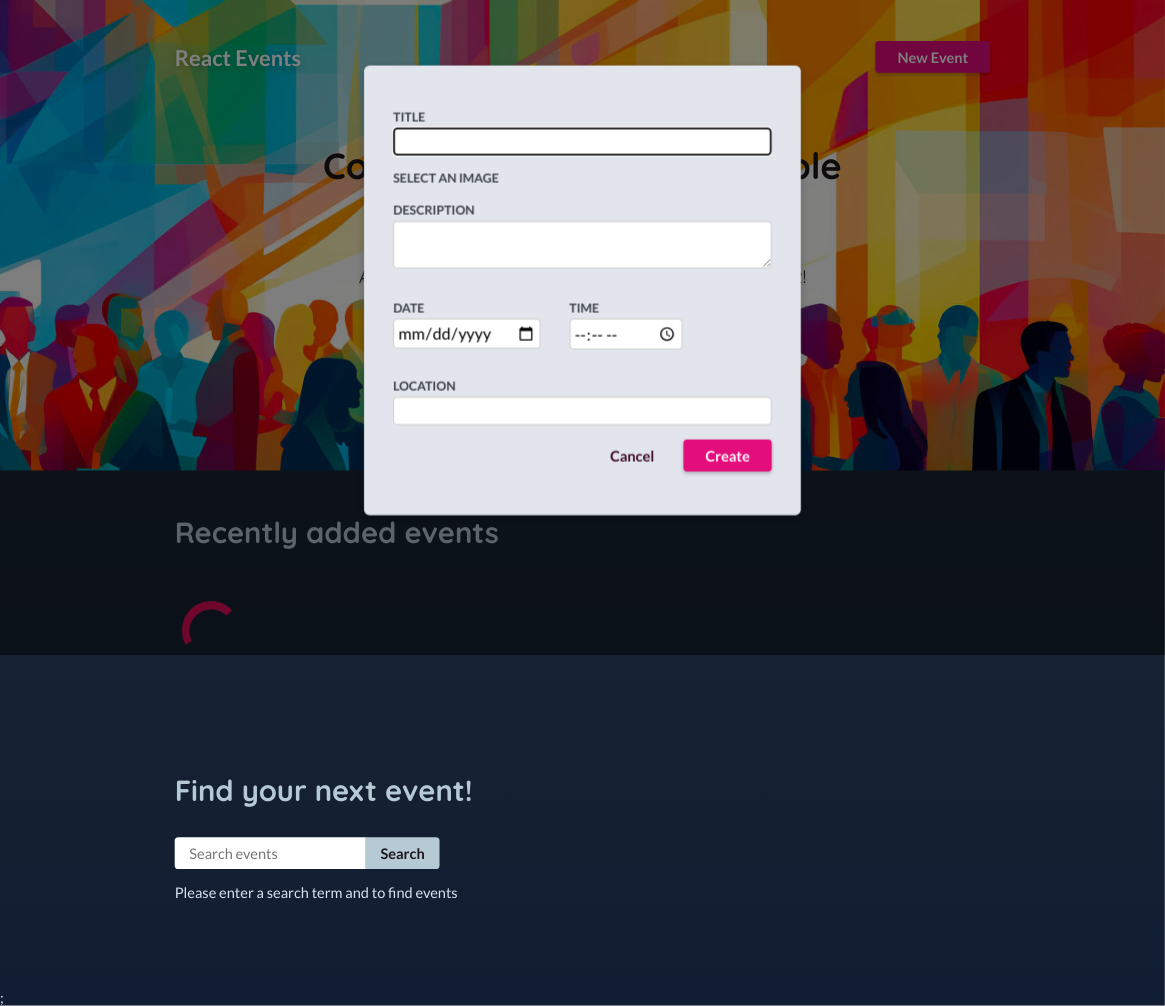
Repository: zhengbinxue/React-Query-Project
Page: /events/new
The author's editor kept a copy of each file at every save. The page is drawn from the files as they stood at one save, then again after the next save.
The browser window is 1280 px wide. The pictures show the whole page, at 91% of full size.
The page's requests for data from a server got no answer. The project was rebuilt for these pictures with package versions that can differ from the ones it lists, and the page was loaded fresh each time. No one was signed in, and anything a server would have sent is missing. Also part of the build but not shown: vite.config.js, src/components/UI/ErrorBlock.jsx, src/components/Events/EventItem.jsx, src/components/Events/EventDetails.jsx, src/components/Events/EditEvent.jsx.

Above is the page before, as saved 2024-08-09 20:43:45.

After the next save:
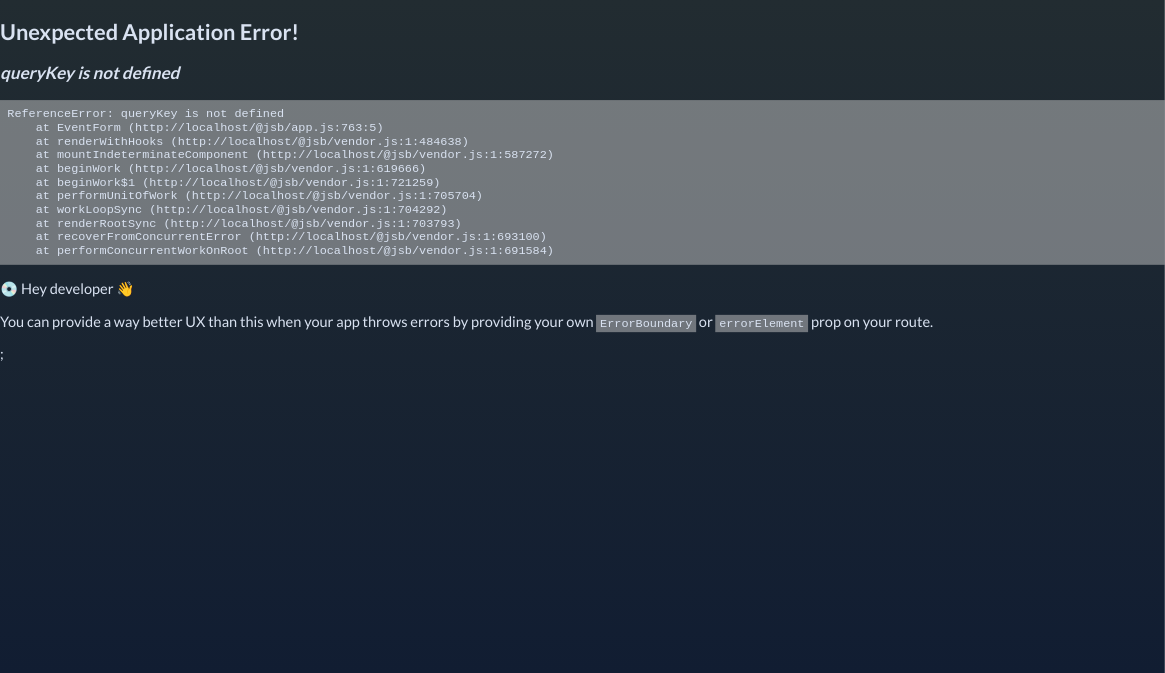
Console error: ReferenceError: queryKey is not defined
Saved 40 s later.
--- a/src/components/Events/EventForm.jsx
+++ b/src/components/Events/EventForm.jsx
@@ -5,6 +5,9 @@
 export default function EventForm({ inputData, onSubmit, children }) {
   const [selectedImage, setSelectedImage] = useState(inputData?.image);
 
+  useQuery({
+    queryKey,
+  });
   function handleSelectImage(image) {
     setSelectedImage(image);
   }

After the 5 saves that followed:
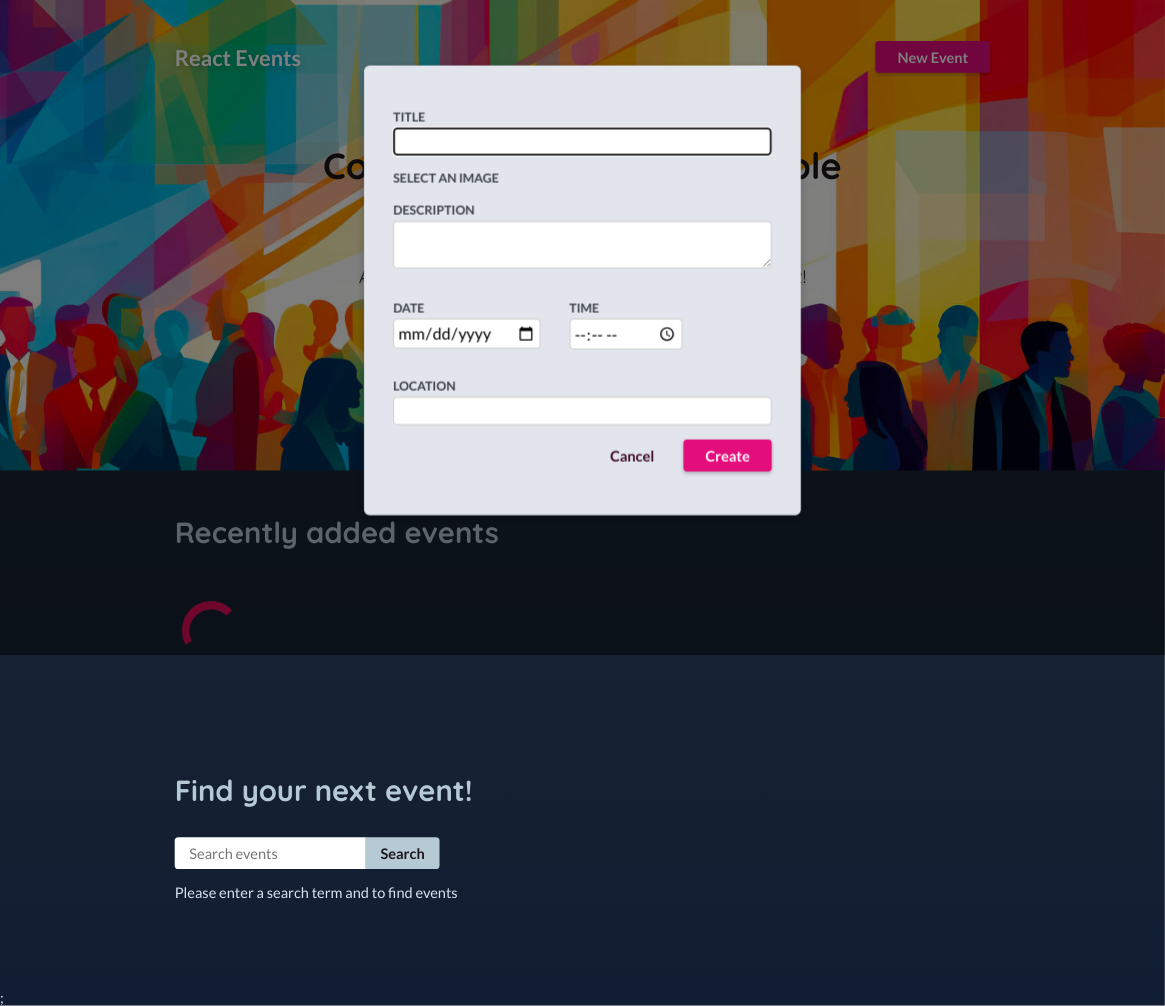
The error is gone.
The 5 saves are shown as one change because 4 did not build or start.
The last was saved 5 min 12 s later.
--- a/src/components/Events/EventForm.jsx
+++ b/src/components/Events/EventForm.jsx
@@ -1,12 +1,14 @@
 import { useState } from "react";
 import { useQuery } from "@tanstack/react-query";
 import ImagePicker from "../ImagePicker.jsx";
+import { fetchSelectableImages } from "../util/http.js";
 
 export default function EventForm({ inputData, onSubmit, children }) {
   const [selectedImage, setSelectedImage] = useState(inputData?.image);
 
   useQuery({
-    queryKey,
+    queryKey: ["image"],
+    queryFn: fetchSelectableImages,
   });
   function handleSelectImage(image) {
     setSelectedImage(image);
--- a/src/components/util/http.js
+++ b/src/components/util/http.js
@@ -41,3 +41,19 @@ export async function createNewEvent(eventData) {
   const { event } = await response.json();
   return event;
 }
+
+export async function fetchSelectableImages({ signal }) {
+  const response = await fetch("http://localhost:3000/events/iamges", {
+    signal: signal,
+  });
+
+  if (!response.ok) {
+    const error = new Error("An error occurred while fetching the images");
+    error.code = response.status;
+    error.info = await response.json();
+    throw error;
+  }
+
+  const { images } = await response.json();
+  return images;
+}
